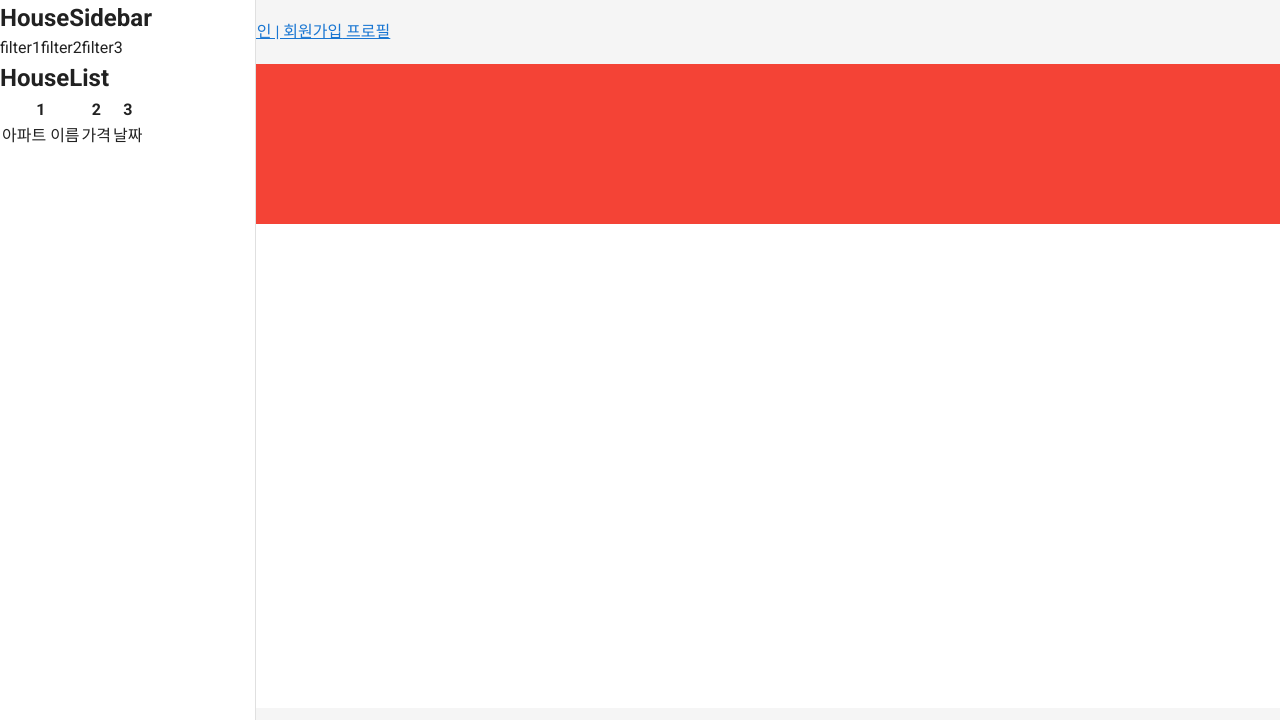
Repository: misso88/vue-whereIsMyHome
Page: /map
The author's editor kept a copy of each file at every save. The page is drawn from the files as they stood at one save, then again after the next save.
The browser window is 1280 px wide. The pictures show the whole page.
The project was rebuilt for these pictures with package versions that can differ from the ones it lists, and the page was loaded fresh each time. Also part of the build but not shown: vue.config.js, src/views/AppMain.vue, src/views/AppNews.vue.

Above is the page before, as saved 2022-11-16 10:23:10.

After the next save:
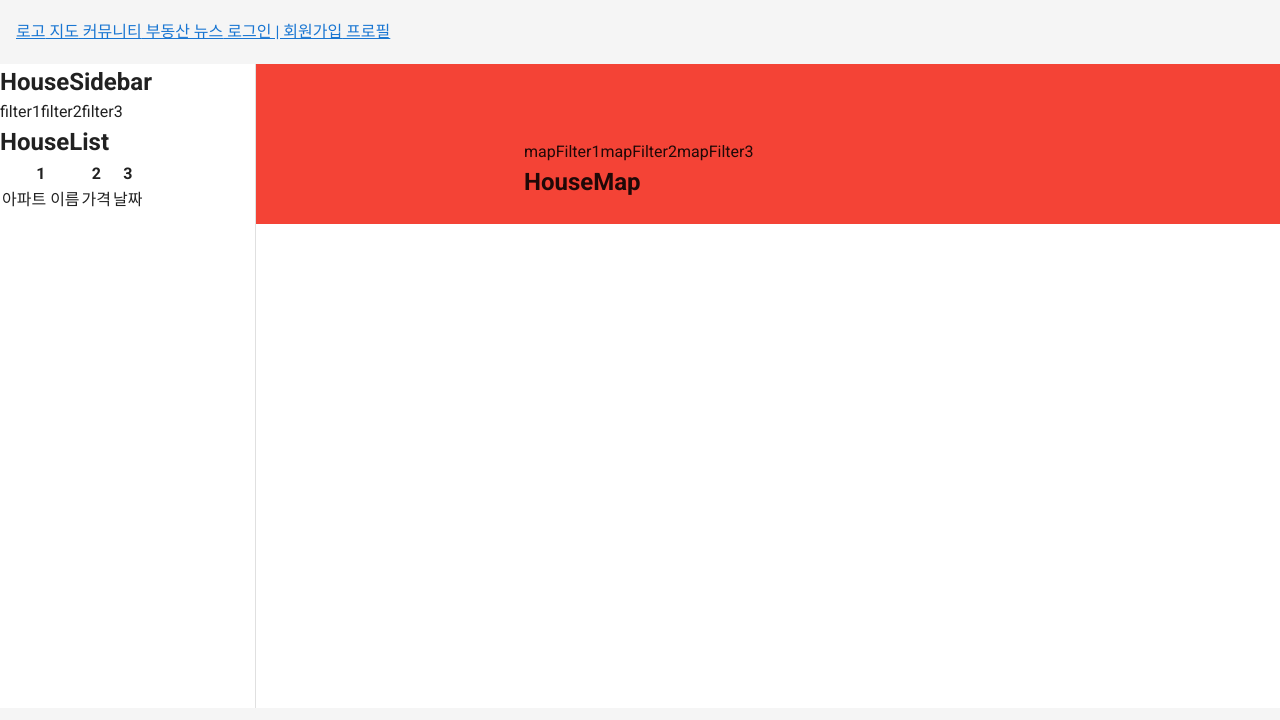
Saved 18 s later.
--- a/src/views/AppHouse.vue
+++ b/src/views/AppHouse.vue
@@ -1,6 +1,6 @@
 <template>
   <v-main class="red">
-    <v-navigation-drawer permanent clipped fixed>
+    <v-navigation-drawer app permanent clipped fixed>
       <house-sidebar></house-sidebar>
     </v-navigation-drawer>
     <v-container fluid>
